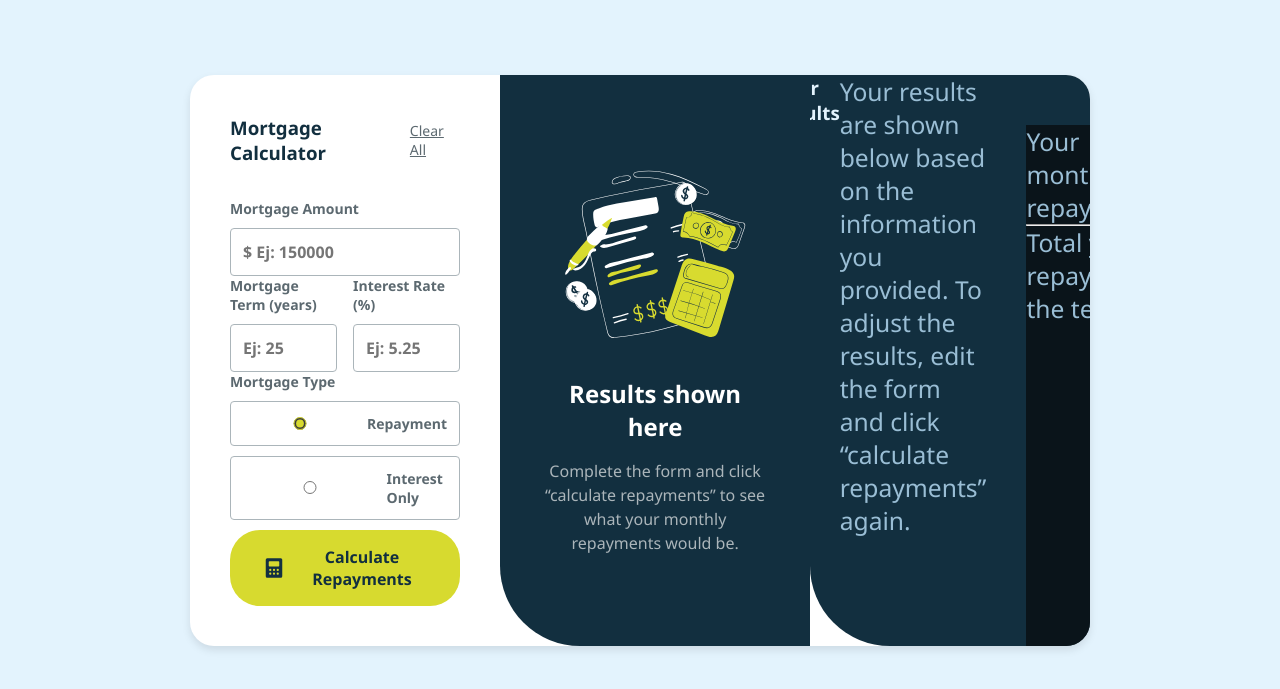
Repository: GravielPV/Mortgage-repayment-calculator
Page: index.html
The author's editor kept a copy of each file at every save. The page is drawn from the files as they stood at one save, then again after the next save.
The browser window is 1280 px wide. The pictures show the whole page.

Above is the page before, as saved 2025-12-14 15:14:55.

After the next save:
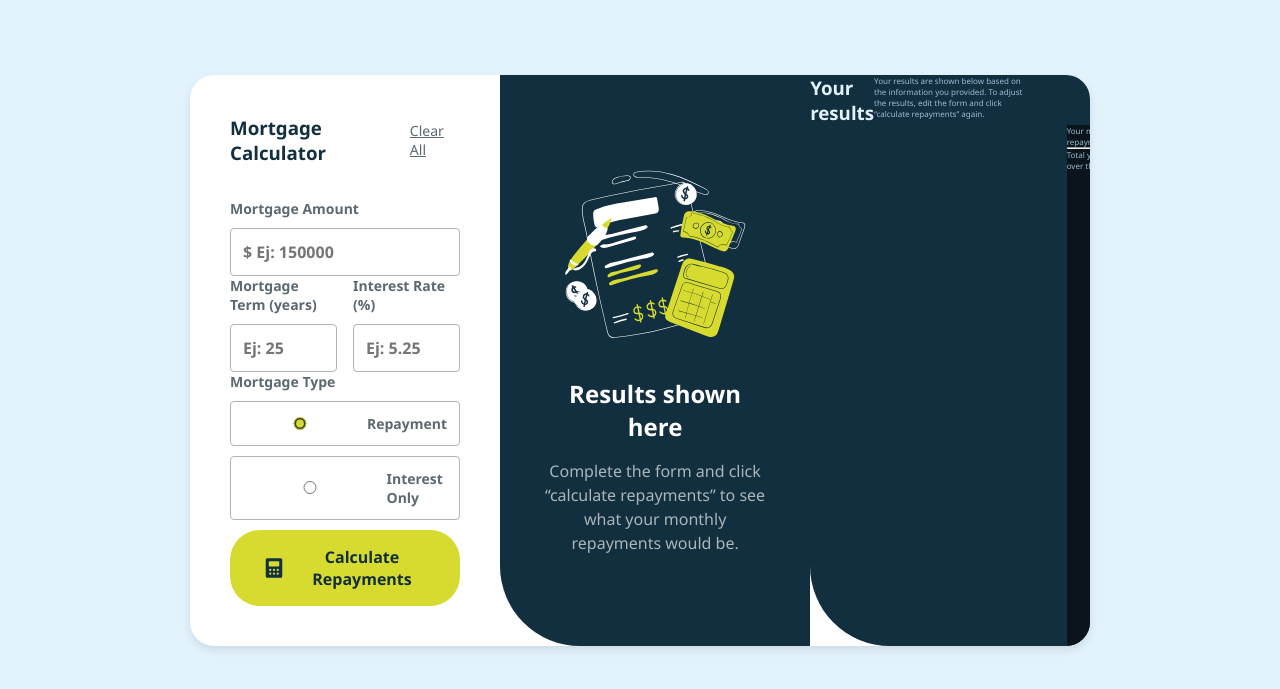
Saved 4 s later.
--- a/styles.css
+++ b/styles.css
@@ -210,7 +210,7 @@ button:hover {
 .resultado  p{
     color: hsl(203, 41%, 72%);
     text-align: start;
-    font-size: 1.54em;
+    font-size: 0.5em;
 }
 
 .resultado h3{
